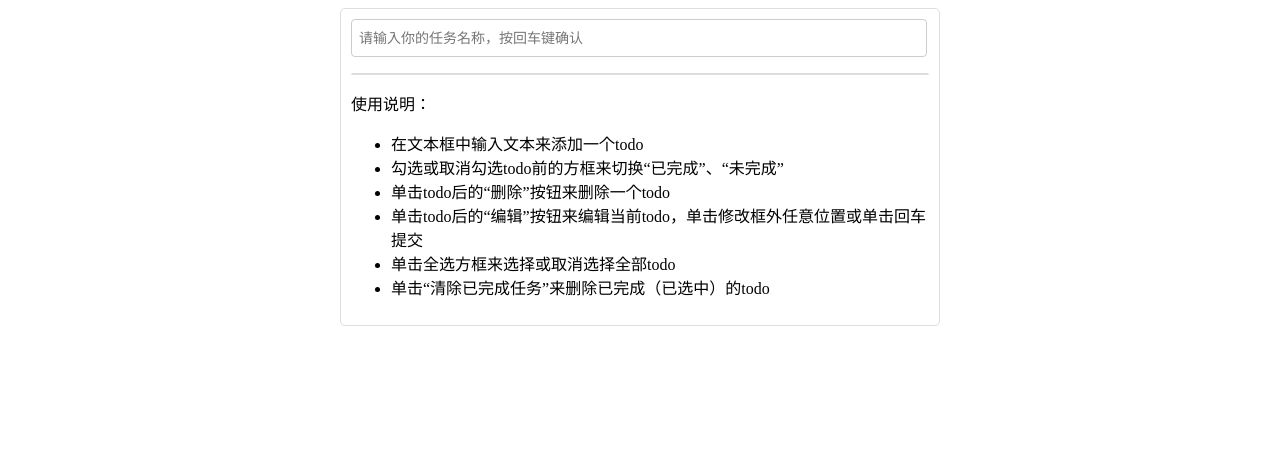
Repository: WAY-C/TodoListAPP
Page: / (app in todo_list_V2.0/)
An editor plug-in stored every save of this project. The page is shown before and after the next save, followed by the edit.
The browser window is 1280 px wide. The pictures show the whole page.
The project was rebuilt for these pictures with package versions that can differ from the ones it lists, and the page was loaded fresh each time.

Above is the page before, as saved 2021-09-10 17:15:45.

After the next save:
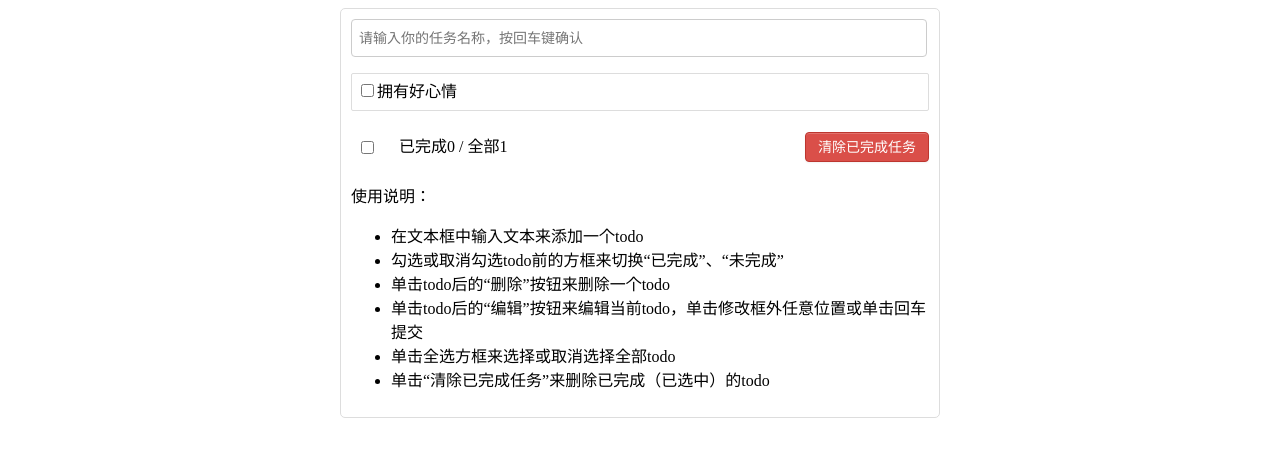
Saved 15 s later.
--- a/todo_list_V2.0/src/App.vue
+++ b/todo_list_V2.0/src/App.vue
@@ -23,6 +23,7 @@
 </template>
 
 <script>
+import { nanoid } from "nanoid";
 import TodoHeader from "./components/TodoHeader";
 import TodoList from "./components/TodoList";
 import TodoFooter from "./components/TodoFooter";
